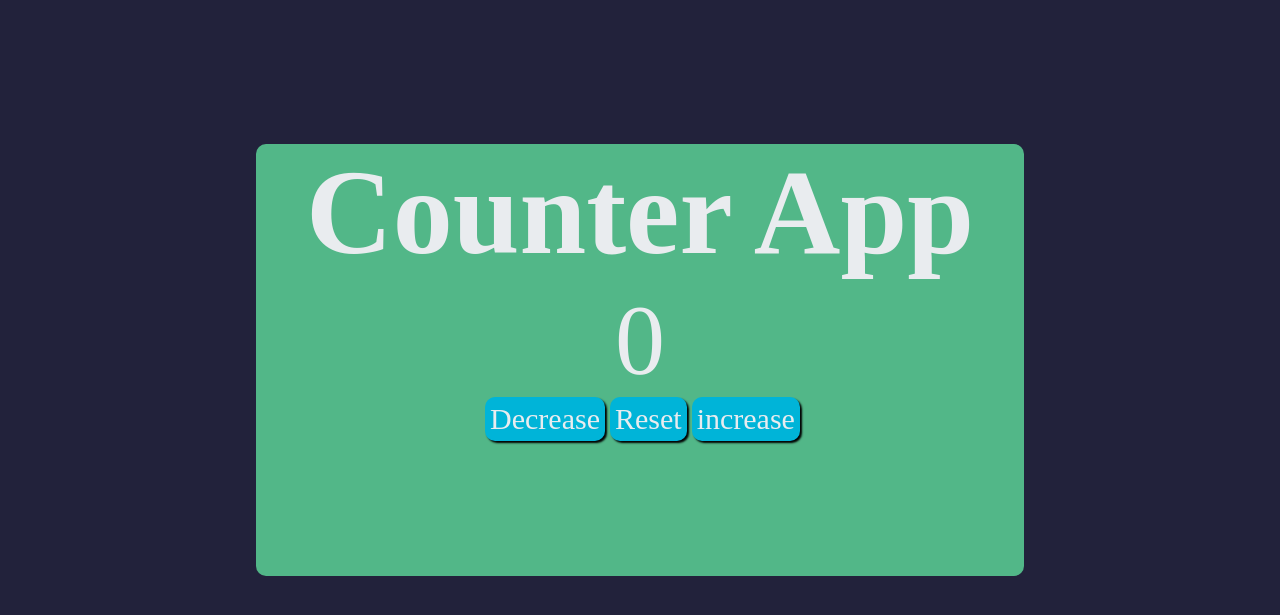
Repository: Yuukicoder/basicProject
Page: project2.html
These files come from the project's save history. The page is drawn as it stood at one moment and after the next save; the edit follows.
The browser window is 1280 px wide. The pictures show the whole page.
Some web fonts or font styles are not loaded; a fallback is used.

Above is the page before, as saved 2023-02-24 22:18:37.

### project2.html
<!DOCTYPE html>
<html lang="en">
  <head>
    <meta charset="UTF-8" />
    <meta http-equiv="X-UA-Compatible" content="IE=edge" />
    <meta name="viewport" content="width=device-width, initial-scale=1.0" />
    <title>Counter App</title>
    <link
      rel="shortcut icon"
      href="assets/Image/project2.png"
      type="image/x-icon"
    />
    <link rel="stylesheet" href="assets/css/project2.css" />
  </head>
  <body>
    <section class="box">
      <h1>Counter App</h1>
      <p class="counter-preview">0</p>
      <div class="buttons" id="allBtns">
        <button class="decrement" id="decrement">Decrease</button>
        <button class="reset" id="reset">Reset</button>
        <button class="increment" id="increment">increase</button>
      </div>
    </section>
    <script src="assets/js/project2.js"></script>
  </body>
</html>

### assets/css/project2.css
@import url("https://fonts.googleapis.com/css2?family=Arima:wght@100;200;300;400;500;700&display=swap");
* {
  margin: 0;
  padding: 0;
  box-sizing: border-box;
  /* border: 1px solid black; */
}
:root {
  --button: #00b4d8;
  --text: #e9ecef;
}
body {
  background-color: #22223b;
  height: 100vh;
  width: 100vw;
  display: flex;
  align-items: center;
  justify-content: center;
}
.box {
  width: 60%;
  height: 60%;
  background-color: #52b788;
  border-radius: 10px;
}
h1,
p {
  color: var(--text);
  text-shadow: ;
}
h1 {
  font-family: Arima;
  font-size: 120px;
  text-align: center;
}
p {
  display: block;
  font-size: 100px;
  text-align: center;
}
.buttons {
  display: flex;
  align-items: center;
  justify-content: center;
}
button {
  background-color: var(--button);
  color: var(--text);
  font-family: Arima;
  font-size: 30px;
  border: none;
  border-radius: 10px;
  padding: 5px 5px;
  margin-left: 5px;
  box-shadow: 2px 2px 2px black;
}

### assets/js/project2.js
const display = document.querySelector('.counter-preview');
const allBtns = document.querySelector('#allBtns');
allBtns.addEventListener('click',counter);
var value = 0;
function counter(x) {
    const btn = x.target.id;
    if(btn === 'increment'){
        value += 1;
    }
    else if(btn === 'decrement'){
        value -= 1;
    }
    else value = 0;
    display.textContent = value;
}

After the next save:
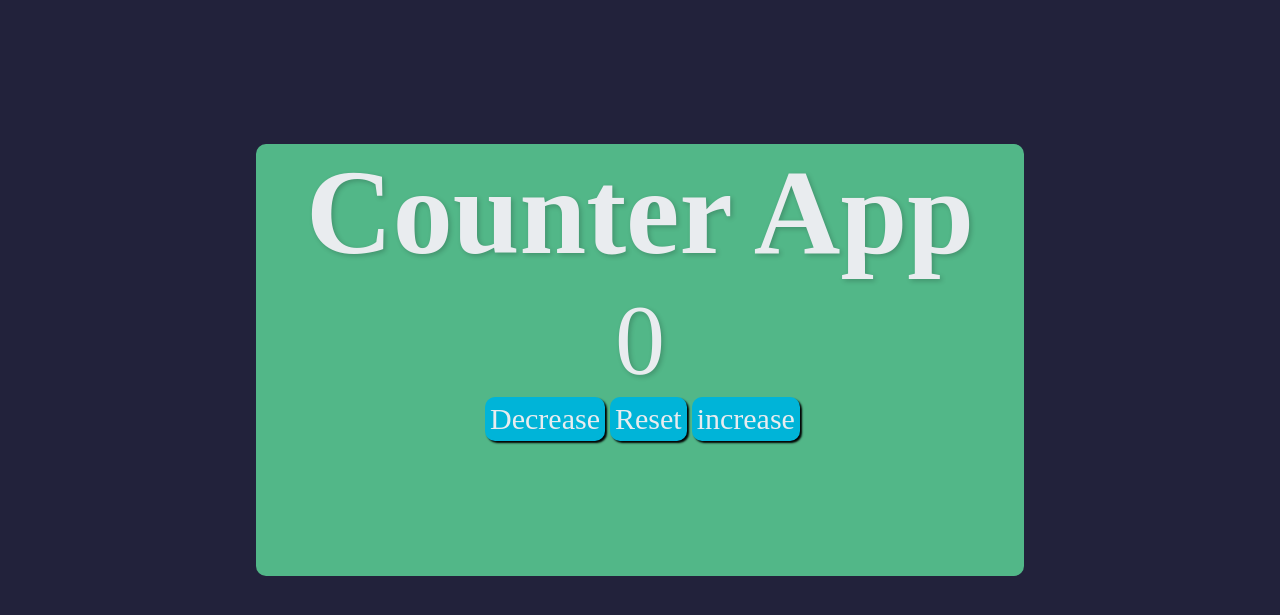
Saved 96 s later.
--- a/assets/css/project2.css
+++ b/assets/css/project2.css
@@ -26,7 +26,7 @@ body {
 h1,
 p {
   color: var(--text);
-  text-shadow: ;
+  text-shadow: 2px 2px 5px rgba(0, 0, 0, 0.2);
 }
 h1 {
   font-family: Arima;
